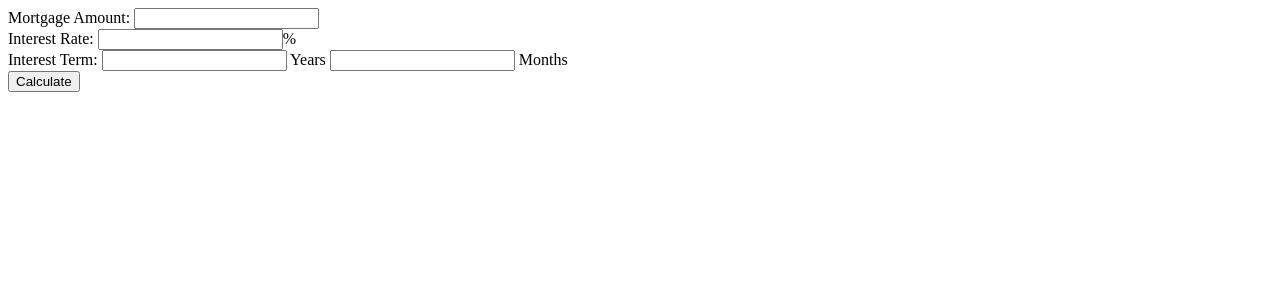
Repository: jgutierrezo/bc-a5
Page: http://localhost/client/form.jsp
An editor plug-in stored every save of this project. The page is shown before and after the next save, followed by the edit.
The browser window is 1280 px wide. The pictures show the whole page.
The page is served by Tomcat 9.

Above is the page before, as saved 2023-02-04 14:54:58.

### client/src/main/webapp/form.jsp
<%@ page language="java" contentType="text/html; charset=UTF-8"
    pageEncoding="UTF-8"%>
<!DOCTYPE html>
<html>
<head>
<meta charset="UTF-8">
<title>Insert title here</title>
</head>
<body>
<form action="<%=request.getContextPath()%>/mortgageForm" method="post">

<div>
Mortgage Amount: <input name="amount" type="number">
</div>
<div>
Interest Rate: <input name="rate" type="number">%
</div>
<div>
Interest Term: <input name="year" type="number"> Years <input name="month" type="number"> Months
</div>
<button type="submit">Calculate</button>

</form>
</body>
</html>

After the next save:
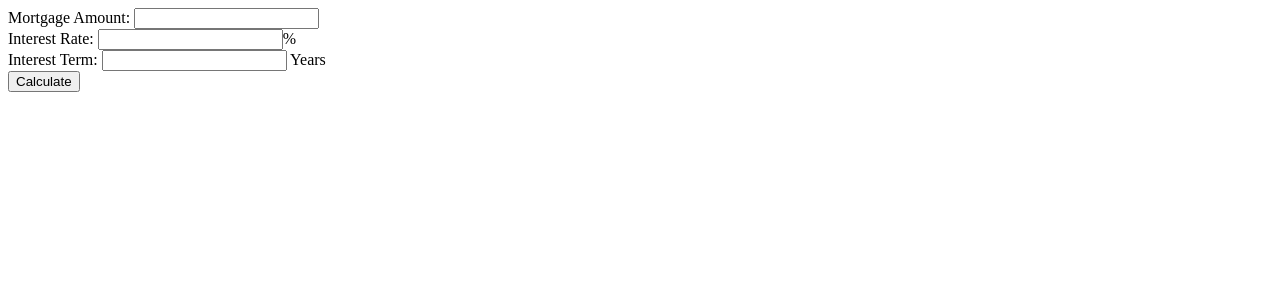
Saved 4 min 27 s later.
--- a/client/src/main/webapp/form.jsp
+++ b/client/src/main/webapp/form.jsp
@@ -16,7 +16,7 @@ Mortgage Amount: <input name="amount" type="number">
 Interest Rate: <input name="rate" type="number">%
 </div>
 <div>
-Interest Term: <input name="year" type="number"> Years <input name="month" type="number"> Months
+Interest Term: <input name="year" type="number"> Years
 </div>
 <button type="submit">Calculate</button>
 
